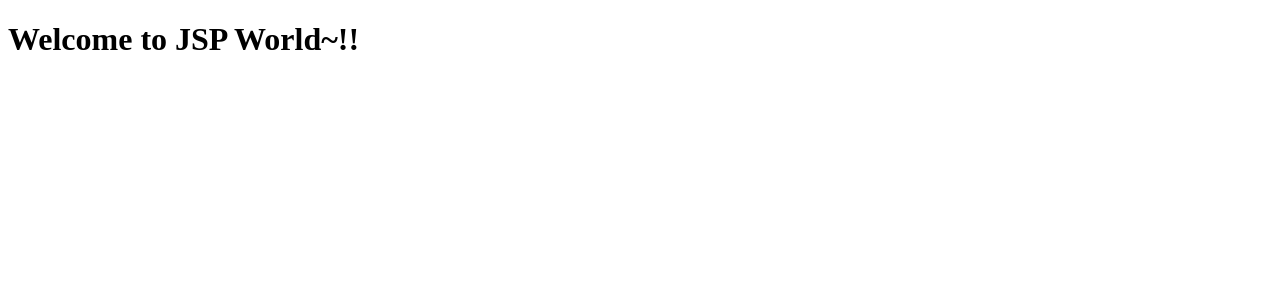
Repository: csk3830/jsp
Page: http://localhost/jsp_study/index.jsp
The author's editor kept a copy of each file at every save. The page is drawn from the files as they stood at one save, then again after the next save.
The browser window is 1280 px wide. The pictures show the whole page.
The page is served by Tomcat 9.

Above is the page before, as saved 2024-10-22 01:38:38.

After the next save:
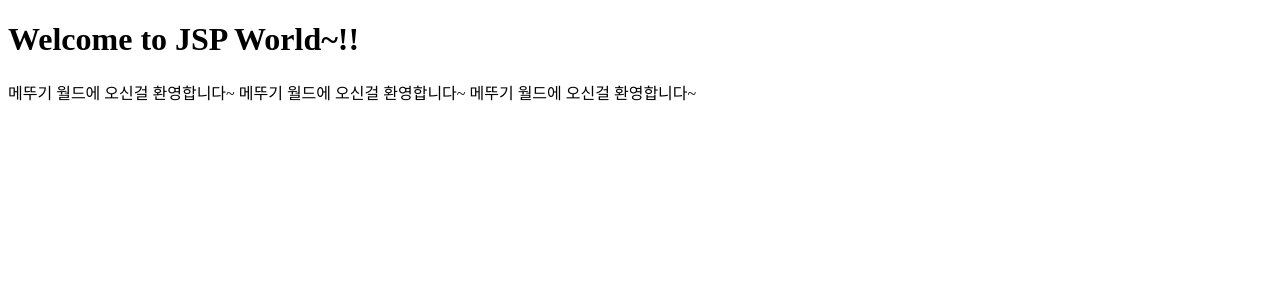
Saved 2 min 57 s later.
--- a/jsp_study/src/main/webapp/index.jsp
+++ b/jsp_study/src/main/webapp/index.jsp
@@ -8,5 +8,8 @@
 </head>
 <body>
 	<h1>Welcome to JSP World~!!</h1>
+	메뚜기 월드에 오신걸 환영합니다~
+	메뚜기 월드에 오신걸 환영합니다~
+	메뚜기 월드에 오신걸 환영합니다~
 </body>
 </html>

After the save that followed:
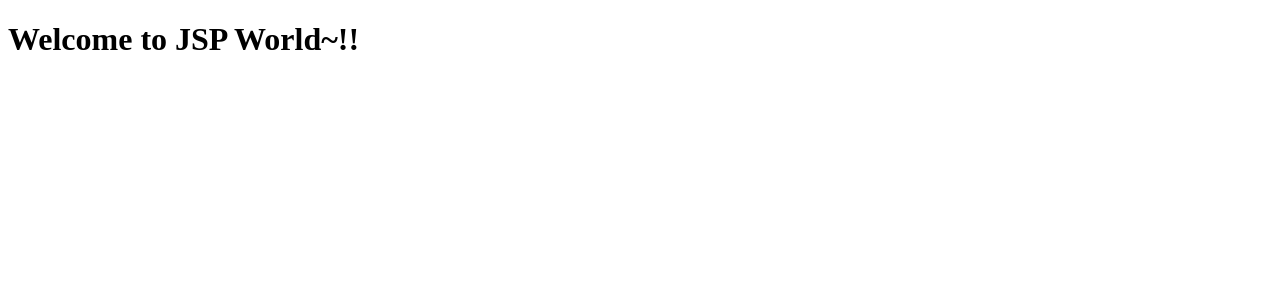
Saved 8 min 15 s later.
--- a/jsp_study/src/main/webapp/index.jsp
+++ b/jsp_study/src/main/webapp/index.jsp
@@ -8,8 +8,5 @@
 </head>
 <body>
 	<h1>Welcome to JSP World~!!</h1>
-	메뚜기 월드에 오신걸 환영합니다~
-	메뚜기 월드에 오신걸 환영합니다~
-	메뚜기 월드에 오신걸 환영합니다~
 </body>
 </html>
